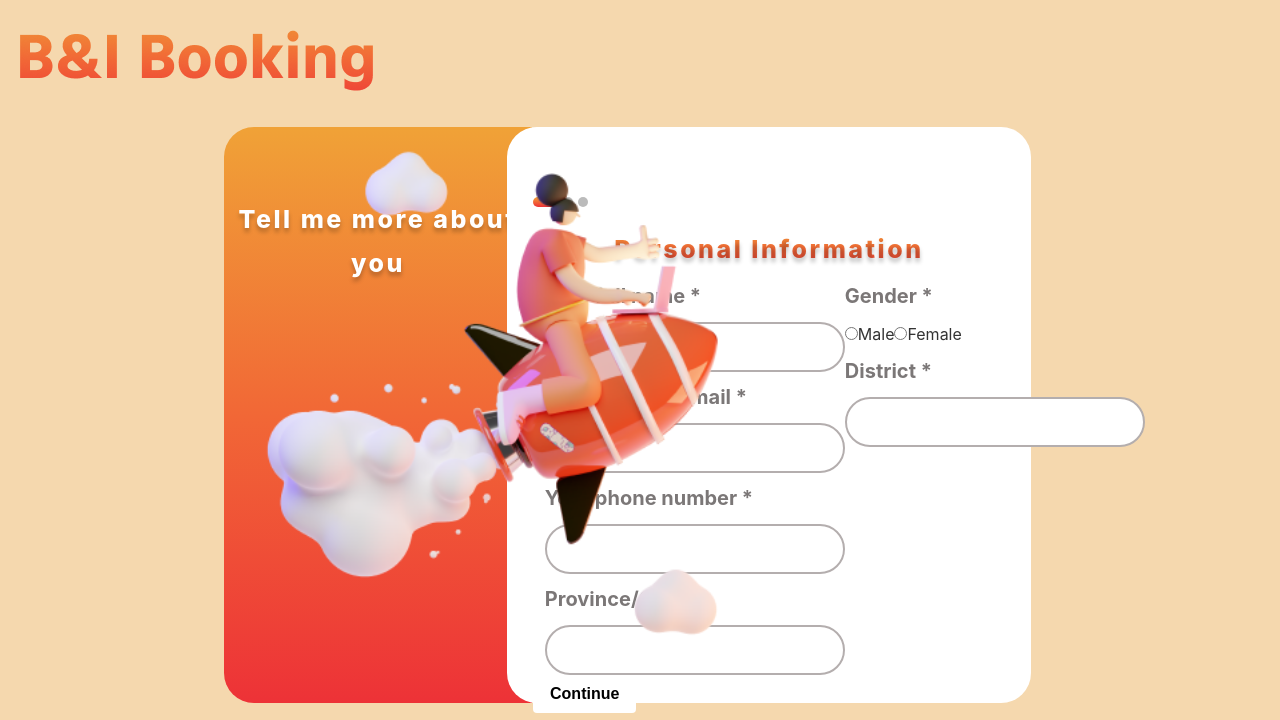
Repository: Grand-Line-PNV/FE-BIBooking
Page: /
An editor plug-in stored every save of this project. The page is shown before and after a run of saves, followed by the edit.
The browser window is 1280 px wide. The pictures show the whole page.
The project was rebuilt for these pictures with package versions that can differ from the ones it lists, and the page was loaded fresh each time. Also part of the build but not shown: src/App.css.

Above is the page before, as saved 2023-02-06 10:37:54.

After the next 3 saves:
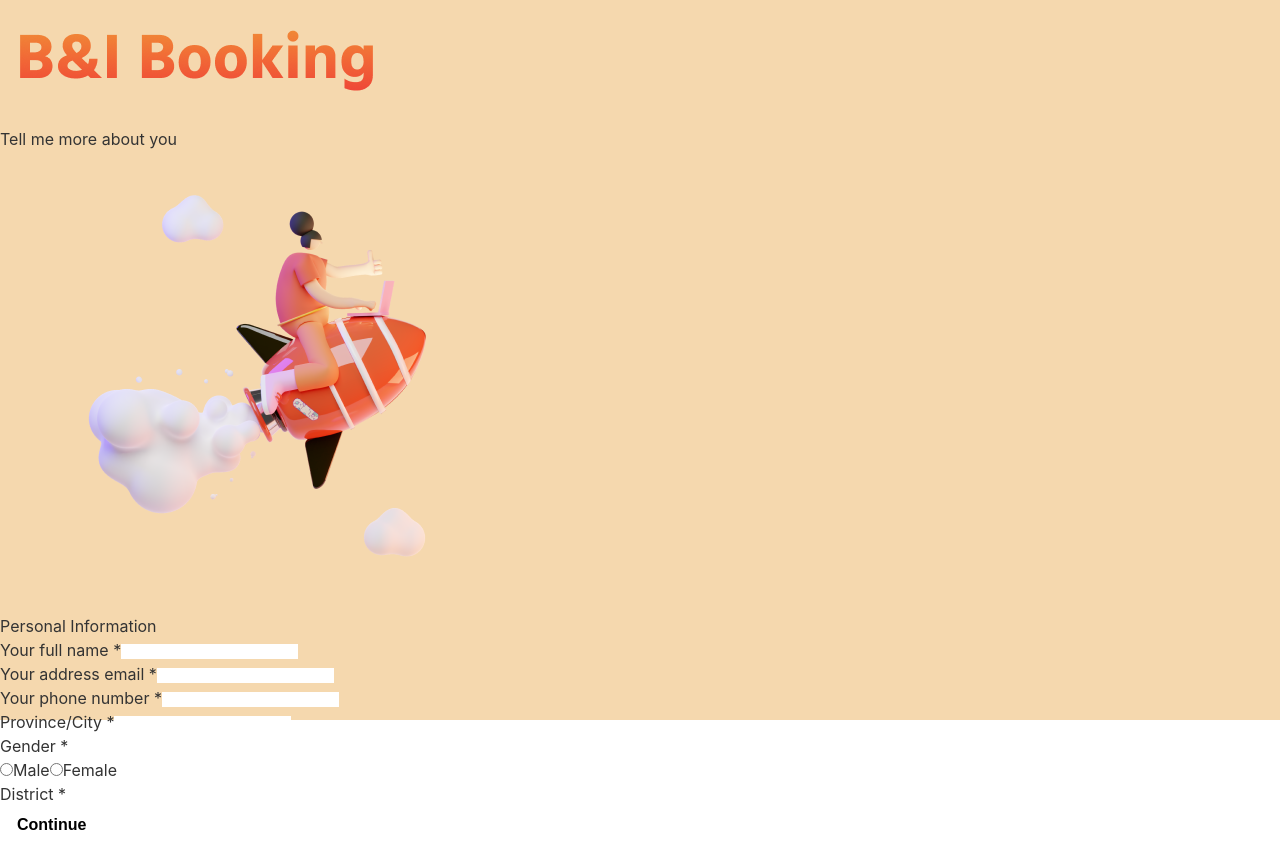
The 3 saves are shown as one change because they came seconds apart.
The last was saved 7 s later.
--- a/src/view/pages/Influencers/PersonalInformation/PersonalInformation.module.scss
+++ b/src/view/pages/Influencers/PersonalInformation/PersonalInformation.module.scss
@@ -15,7 +15,7 @@
   height: 100vh;
   background-color: var(--Wheat-color);
   font-family: var(--Inter-font-family);
-  .container {
+  &.container {
     width: 65%;
     // height: 50vh;
     // background-color: white;
@@ -100,7 +100,7 @@
             }
             & .form {
               display: flex;
-            //   background-color: red;
+              //   background-color: red;
               width: 95%;
               margin: 0 auto;
               justify-content: space-between;
